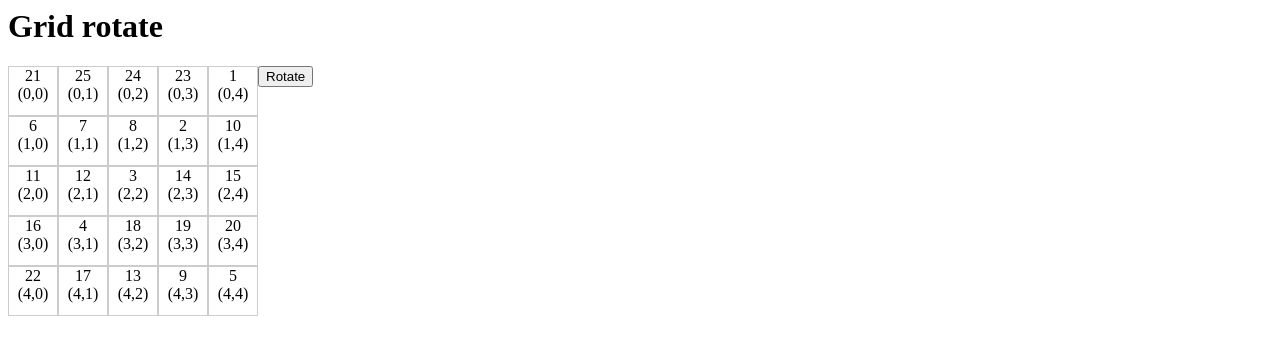
Repository: rashko/rotatematrix
Page: index.html
An editor plug-in stored every save of this project. The page is shown before and after the next save, followed by the edit.
The browser window is 1280 px wide. The pictures show the whole page.
After loading, the first visible `#rotator` was clicked once.

Above is the page before, as saved 2018-07-07 20:16:35.

After the next save:
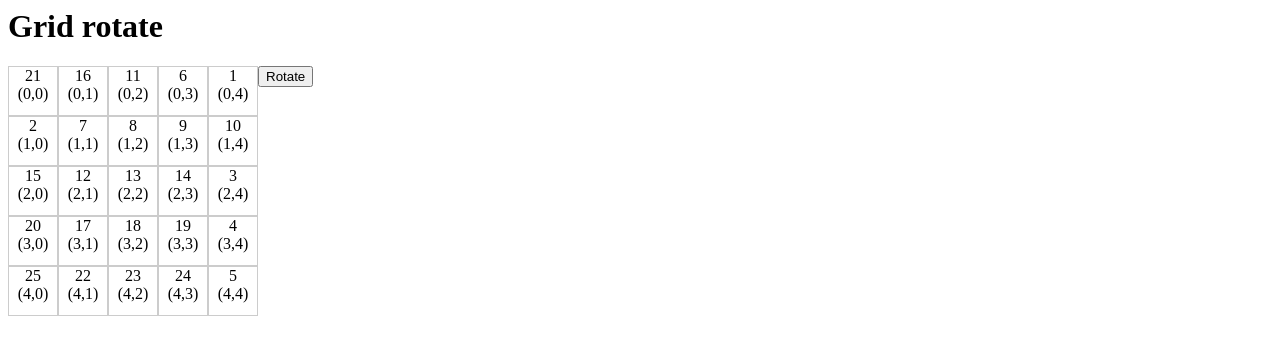
Saved 22 s later.
--- a/index.html
+++ b/index.html
@@ -77,8 +77,8 @@ function rotGroup(x, y){
     var mem;
     var top = x;
     var left = y;
-    var bottom = GRID_SIZE - y - 1;
-    var right = GRID_SIZE - x - 1;
+    var bottom = GRID_SIZE - x - 1;
+    var right = GRID_SIZE - y - 1;
     /*
     x, y                    => top left
     x, GRID_SIZE - x        => top right
